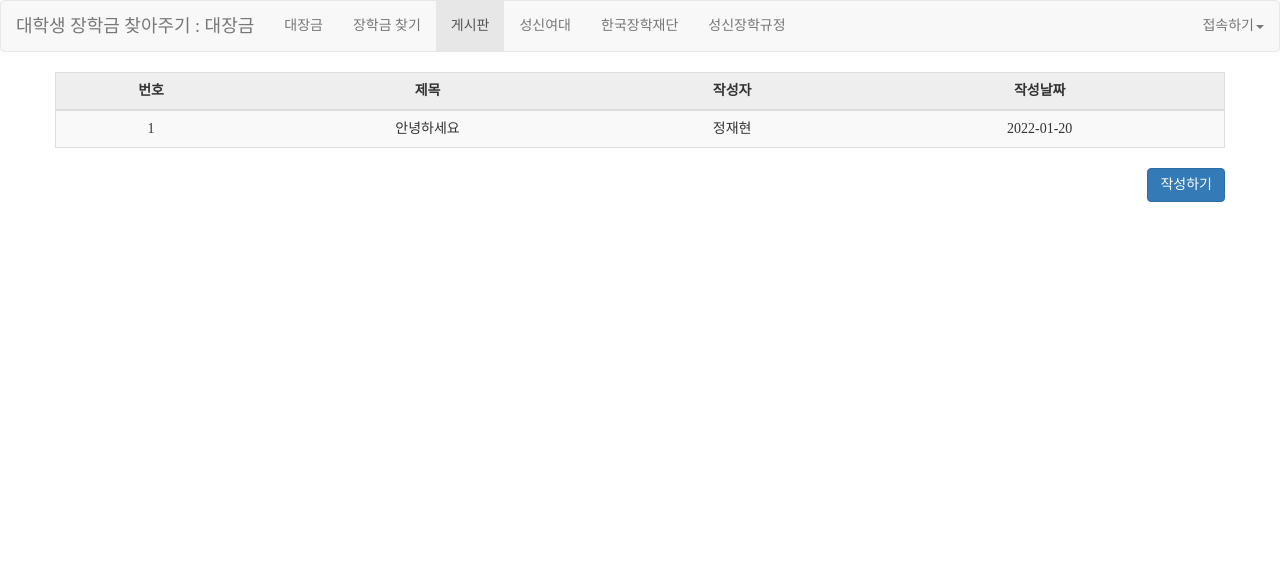
Repository: jiwon-214/DJG
Page: http://localhost/DJG/write.jsp
The author's editor kept a copy of each file at every save. The page is drawn from the files as they stood at one save, then again after the next save.
The browser window is 1280 px wide. The pictures show the whole page.
Some web fonts or font styles are not loaded; a fallback is used. Some web libraries are served in a nearby version. The page is served by Tomcat 9. Other server files are loaded and not shown.

Above is the page before, as saved 2022-01-24 16:47:47.

### DJG/WebContent/write.jsp
<%@ page language="java" contentType="text/html; charset=UTF-8"
    pageEncoding="UTF-8"%>
 <%@ page import="java.io.PrintWriter" %>
<!DOCTYPE html>
<html>
<head>
<meta charset="UTF-8">
<meta name = "viewport" content = "width=divice-width", initial-scale = "1">
<link rel = "stylesheet" href = "css/bootstrap.css">
<link rel = "stylesheet" href = "css/custom.css">
<title>대장금</title>
</head>
<body>
	<%
		//로그인 된 사람 정보 담을 수 있도록
		String userID = null;
		if (session.getAttribute("userID") != null) {
			userID = (String) session.getAttribute("userID");
		} //로그인되면 userID에 해당 이이디가 담기고 로그인 안되면 null

	%>
	<nav class ="navbar navbar-default">
		<div class = "navbar-header">
			<button type = "button" class = "navbar-toggle collapsed"
				data-toggle = "collapse" data-target = "#bs-example-navbar-collapse-1"
				aria-expanded="false">
				<span class = "icon-bar"></span>
				<span class = "icon-bar"></span>
				<span class = "icon-bar"></span>
			</button>
			<a class="navbar-brand" href = "main.jsp">대학생 장학금 찾아주기 : 대장금</a>
		</div>
		<div class="collapse navbar-collapse" id="bs-example-navbar-collapse-1">
			<ul class = "nav navbar-nav">
				<li><a href="main.jsp">대장금</a></li>
				<li><a href="djg.jsp">장학금 찾기</a></li>
				<li class="active"><a href="board.jsp">게시판</a></li>
				<li><a href="https://portal.sungshin.ac.kr/sso/login.jsp">성신여대</a></li>
				<li><a href="http://www.kosaf.go.kr/">한국장학재단</a></li>
				<li><a href="https://rule.sungshin.ac.kr/service/law/lawView.do?seq=95&historySeq=0&gubun=cur&tree=part">성신장학규정</a></li>
			</ul>
			<%
				//로그인이 되어있지 않은 사람들의 화면
				if(userID == null) {
			%>
				<ul class="nav navbar-nav navbar-right">
				<li class="dropdown">
					<a href="#" class="dropdown-toggle"
						data-toggle="dropdown" role="button" aria-haspopup="true"
						aria-expanded="false">접속하기<span class="caret"></span></a>
					<ul class="dropdown-menu">
						<li><a href = "login.jsp">로그인 </a></li>
						<li><a href="join.jsp">회원가입</a></li>
					</ul>
				</li>
			</ul>
			<%
				} else { //로그인 되어있는 사람들의 화면
			%>
				<ul class="nav navbar-nav navbar-right">
				<li class="dropdown">
					<a href="#" class="dropdown-toggle"
						data-toggle="dropdown" role="button" aria-haspopup="true"
						aria-expanded="false">회원관리<span class="caret"></span></a>
					<ul class="dropdown-menu">
						<li><a href = "modification.jsp">정보수정</a></li>
						<li><a href = "info.jsp">정보 확인</a></li>
						<li><a href = "logoutAction.jsp">로그아웃</a></li>
						<li><a href = "withdraw.jsp">탈퇴하기</a></li>
					</ul>
				</li>
			</ul>
			<%
				}
			%>

		</div>
	</nav>
	<div class="container">
		<div class="row">
			<table class="table table-striped" style="text-align: center; border: 1px solid #dddddd">
			<thead>
				<tr>
					<th style="background-color: #eeeeee; text-align: center;">번호</th>
					<th style="background-color: #eeeeee; text-align: center;">제목</th>
					<th style="background-color: #eeeeee; text-align: center;">작성자</th>
					<th style="background-color: #eeeeee; text-align: center;">작성날짜</th>
				</tr>
			</thead>
			<tbody>
				<tr>
					<td>1</td>
					<td>안녕하세요</td>
					<td>정재현</td>
					<td>2022-01-20</td>
				</tr>
			</tbody>
			</table>
			<a href="write.jsp" class="btn btn-primary pull-right">작성하기</a>
		</div>
	</div>
	<script src = "https://code.jquery.com/jquery-3.1.1.min.js"></script>
	<script src = "js/bootstrap.js"></script>
</body>
</html>

### DJG/WebContent/css/custom.css
@import url(http://fonts.googleapis.com/earlyaccess/nanumgothic.css);
@import url(http://fonts.googleapis.com/earlyaccess/hanna.css);
* {
	font-family : 'Nanum Gothic';
}
h1 {
	font-famaily : 'Hanna';
}

Loaded but not shown: DJG/WebContent/css/bootstrap.css (library); DJG/WebContent/js/bootstrap.js (library)

After the next save:
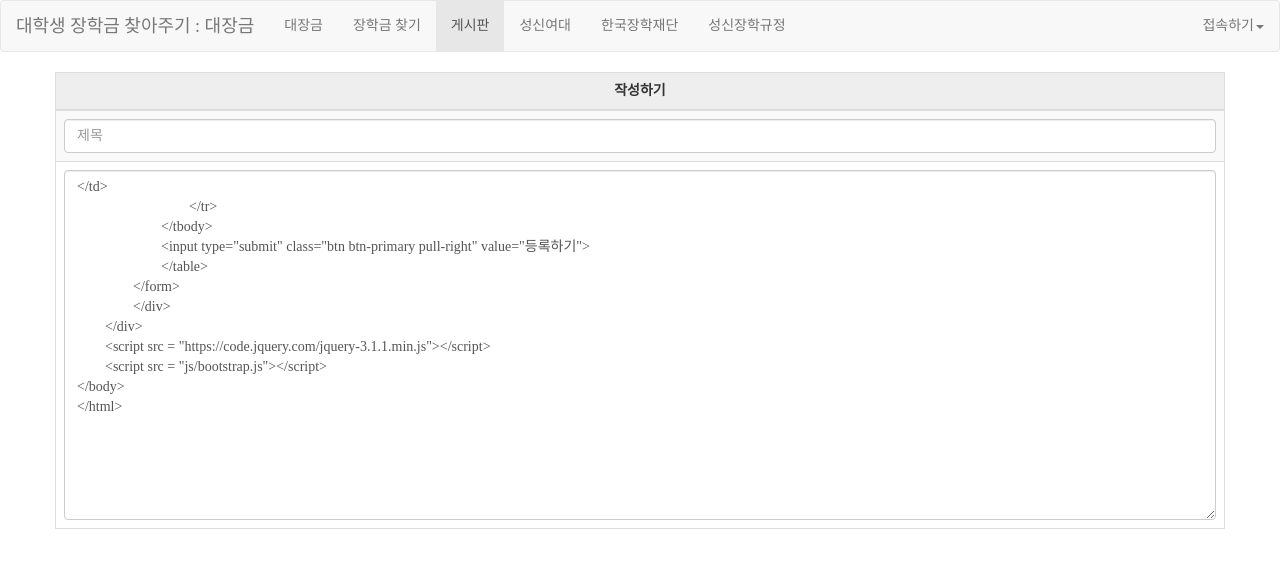
Saved 8 min 46 s later.
--- a/DJG/WebContent/write.jsp
+++ b/DJG/WebContent/write.jsp
@@ -78,25 +78,24 @@
 	</nav>
 	<div class="container">
 		<div class="row">
+		<form method="post" action="writeAction.jsp">
 			<table class="table table-striped" style="text-align: center; border: 1px solid #dddddd">
 			<thead>
 				<tr>
-					<th style="background-color: #eeeeee; text-align: center;">번호</th>
-					<th style="background-color: #eeeeee; text-align: center;">제목</th>
-					<th style="background-color: #eeeeee; text-align: center;">작성자</th>
-					<th style="background-color: #eeeeee; text-align: center;">작성날짜</th>
+					<th colspan="2" style="background-color: #eeeeee; text-align: center;">작성하기</th>
 				</tr>
 			</thead>
 			<tbody>
 				<tr>
-					<td>1</td>
-					<td>안녕하세요</td>
-					<td>정재현</td>
-					<td>2022-01-20</td>
+					<td><input type="text" class="form-control" placeholder="제목" name = "boardTitle" maxlength="50"></td>
+				</tr>
+				<tr>
+					<td><textarea type="text" class="form-control" placeholder="내용" name = "boardContent" maxlength="2048" style="height: 350px;"></td>
 				</tr>
 			</tbody>
+			<input type="submit" class="btn btn-primary pull-right" value="등록하기">
 			</table>
-			<a href="write.jsp" class="btn btn-primary pull-right">작성하기</a>
+		</form>
 		</div>
 	</div>
 	<script src = "https://code.jquery.com/jquery-3.1.1.min.js"></script>
